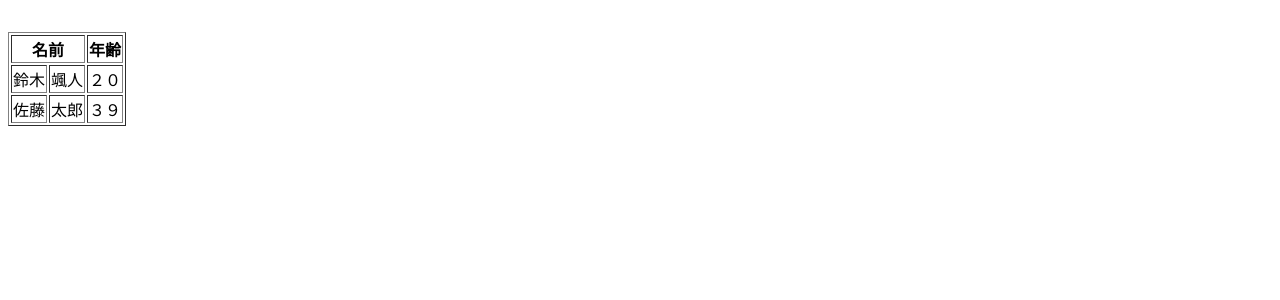
Repository: 9136424556/todo01
Page: coachtech/html-css/indexNO.4.html
The author's editor kept a copy of each file at every save. The page is drawn from the files as they stood at one save, then again after the next save.
The browser window is 1280 px wide. The pictures show the whole page.

Above is the page before, as saved 2023-11-20 07:10:23.

### coachtech/html-css/indexNO.4.html
<table border="1">
 <tr>
    <th colspan="2">名前</th>
    <th>年齢</th>
 </tr>
 <tr>
     <td>鈴木</td>
     <td>颯人</td>
     <td>２０</td>
 </tr>
 <tr>
    <td>佐藤</td>
    <td>太郎</td>
    <td>３９</td>
 </tr>
</table>

After the next save:
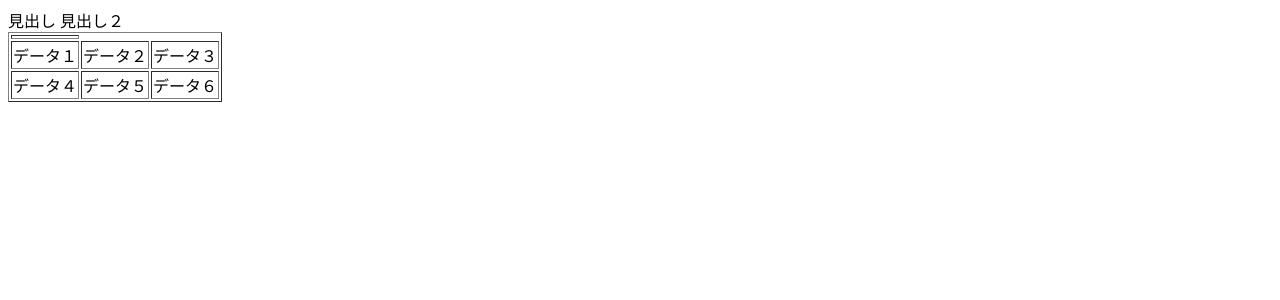
Saved 9 min 39 s later.
--- a/coachtech/html-css/indexNO.4.html
+++ b/coachtech/html-css/indexNO.4.html
@@ -1,16 +1,17 @@
 <table border="1">
  <tr>
-    <th colspan="2">名前</th>
-    <th>年齢</th>
+    <th></th>
+    <th　colspan="3">見出し</th>
  </tr>
  <tr>
-     <td>鈴木</td>
-     <td>颯人</td>
-     <td>２０</td>
+     <td　rowspan="2">見出し２</td>
+     <td>データ１</td>
+     <td>データ２</td>
+     <td>データ３</td>
  </tr>
  <tr>
-    <td>佐藤</td>
-    <td>太郎</td>
-    <td>３９</td>
+    <td>データ４</td>
+    <td>データ５</td>
+    <td>データ６</td>
  </tr>
 </table>
